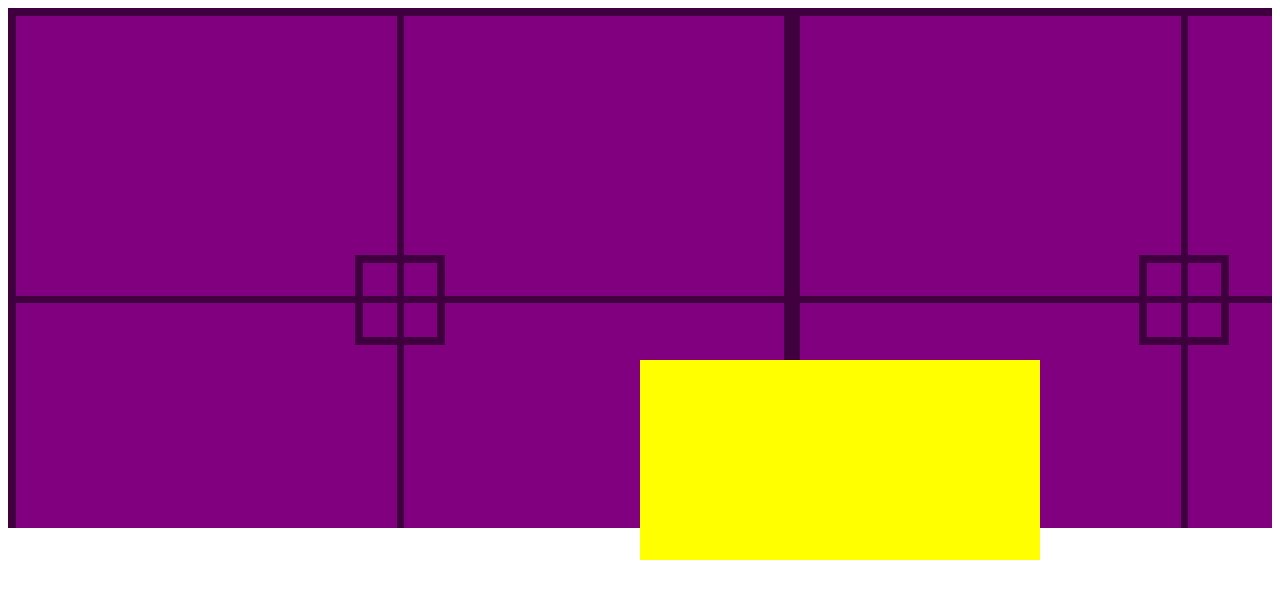
Repository: Leonngc/html-css
Page: Exercicios/ex023/fundo007.html
The author's editor kept a copy of each file at every save. The page is drawn from the files as they stood at one save, then again after the next save.
The browser window is 1280 px wide. The pictures show the whole page.

Above is the page before, as saved 2022-10-27 19:47:35.

After the next save:
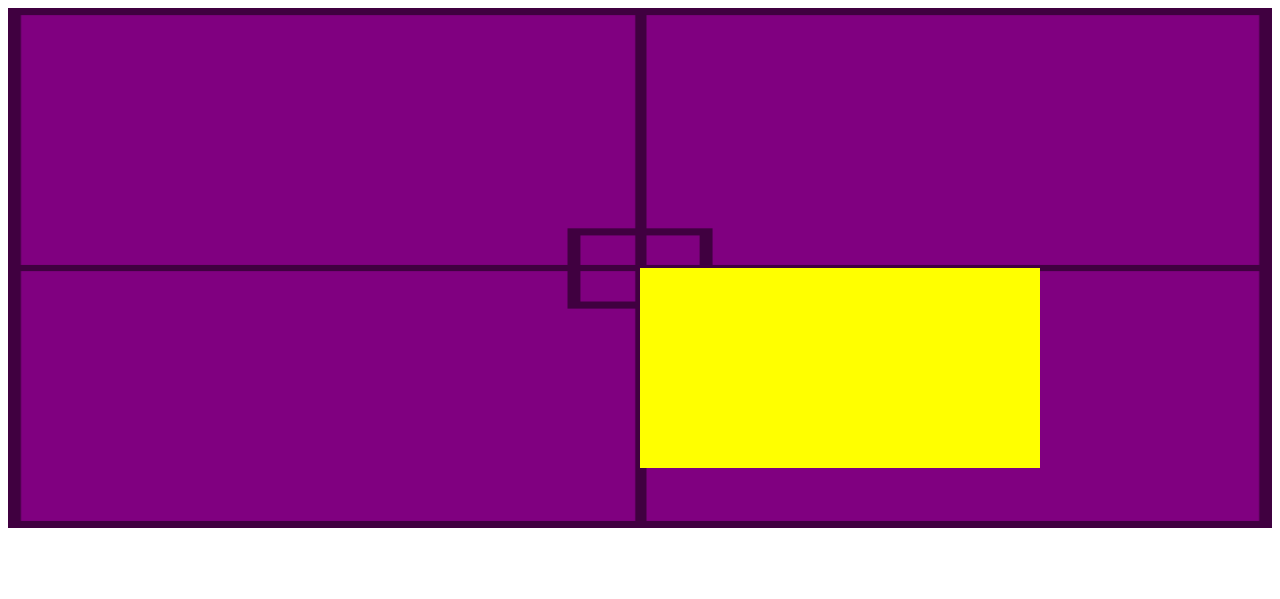
Saved 10 s later.
--- a/Exercicios/ex023/fundo007.html
+++ b/Exercicios/ex023/fundo007.html
@@ -8,7 +8,7 @@
     <style>
         #container{
             background-image: url(imagens/target001.png);
-            ba
+            background-size: 100% 100%;
             position: relative;
             height: 500px;
             padding: 10px;
